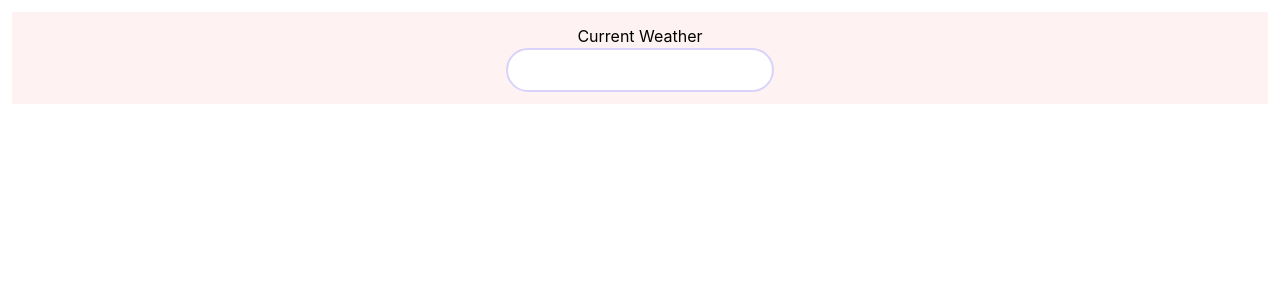
Repository: clintonmedbery/weather-client
Page: /
The author's editor kept a copy of each file at every save. The page is drawn from the files as they stood at one save, then again after the next save.
The browser window is 1280 px wide. The pictures show the whole page.
The project was rebuilt for these pictures with package versions that can differ from the ones it lists, and the page was loaded fresh each time. Also part of the build but not shown: craco.config.js.

Above is the page before, as saved 2021-04-14 13:17:42.

### src/App.js
import logo from './logo.svg';
import './App.css';
import WeatherPage from './modules/weather-page.component';

function App() {
  return (
    <div className="App">
      <WeatherPage/>
    </div>
  );
}

export default App;

### src/modules/weather-page.component.js
import React, { useState, useEffect } from 'react'
import { Input } from '../ui-components/input.component'

const WeatherPage = props => {
  let [WeatherPage, setWeatherPages] = useState([])
  useEffect(() => {}, [])
  return (
    <>
      <Header />
    </>
  )
}

export default WeatherPage

const Header = () => {
  return (
    <div className="w-90 bg-red-50 m-3 p-3">
      <div>Current Weather</div>
      <Input />
    </div>
  )
}

### src/ui-components/input.component.js
import React from 'react'

export const INPUT_TYPES = Object.freeze({
  TEXT: 'text',
  PASSWORD: 'password'
})

export const Input = ({
  type = INPUT_TYPES.TEXT,
  placeholder,
  onChange,
  value,
  className = '',
  error,
  inputProps
}) => {


  return (
    <input
      placeholder={placeholder}
      type={type}
      className={`rounded-full ${
        error ? 'border-red-500' : 'border-lightblue'
      } border-2 p-2 focus:outline-none focus:border-blue-500 ${className}`}
      value={value}
      onChange={onChange}
      {...inputProps}
    />
  )
}

### tailwind.config.js
const colors = require('tailwindcss/colors')

module.exports = {
  purge: ['./src/**/*.{js,jsx,ts,tsx}', './public/index.html'],
  darkMode: false, // or 'media' or 'class'
  theme: {
    extend: {
      colors: {
        indigo: {
          DEFAULT: '#281A71'
        },
        purplegray: {
          DEFAULT: '#2E3241'
        },
        lightblue: {
          20: '#EEEBFF',
          DEFAULT: '#D9D2FB'
        },
        lightgray: {
          DEFAULT: '#9A9DA3'
        },
        disabledgray: {
          DEFAULT: '#C9CCD2'
        }
      }
    }
  },
  variants: {
    extend: {}
  },
  plugins: []
}

Loaded but not shown: public/index.html (common file); src/index.js (common file); src/index.css (common file); src/reportWebVitals.js (common file); src/App.css (common file)

After the next save:
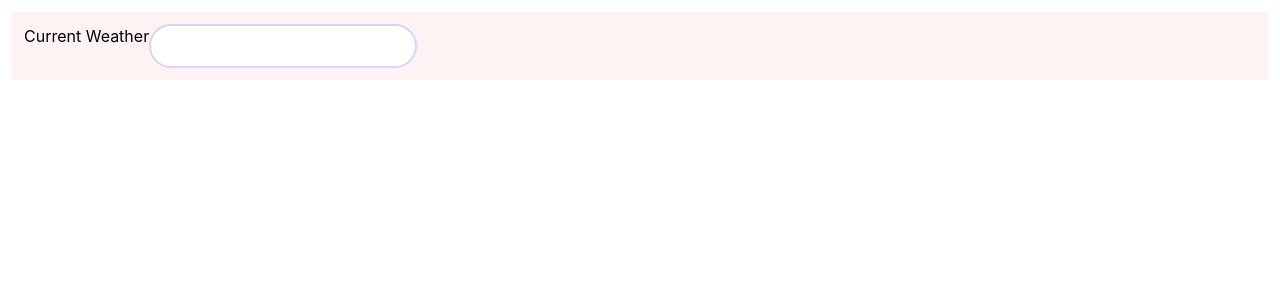
Saved 115 s later.
--- a/src/modules/weather-page.component.js
+++ b/src/modules/weather-page.component.js
@@ -15,7 +15,7 @@ export default WeatherPage
 
 const Header = () => {
   return (
-    <div className="w-90 bg-red-50 m-3 p-3">
+    <div className="flex w-90 bg-red-50 m-3 p-3">
       <div>Current Weather</div>
       <Input />
     </div>
